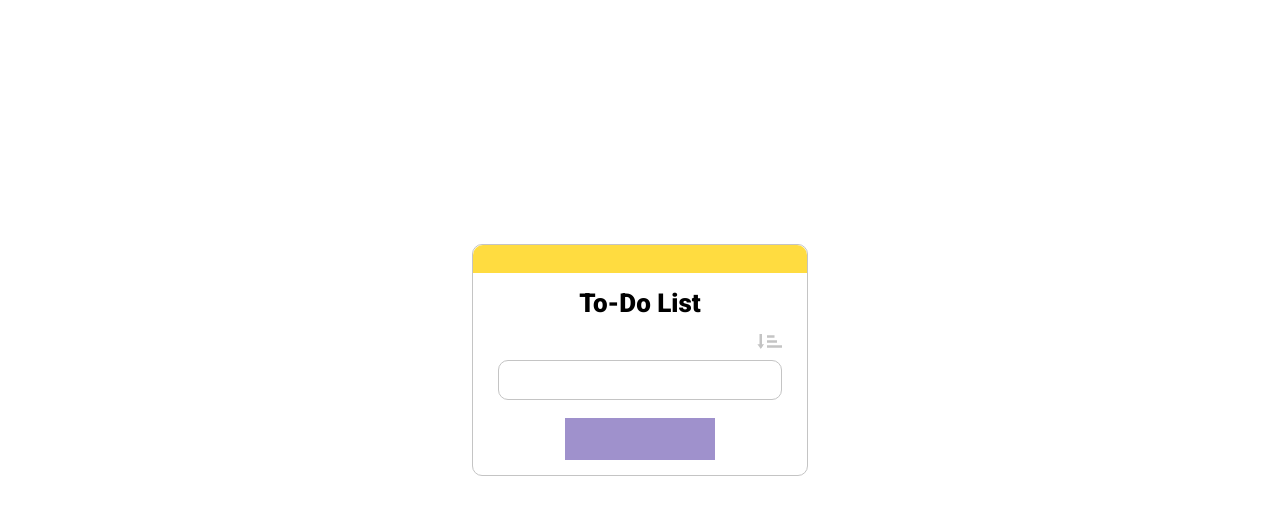
Repository: PoladEziz/Task-15
Page: index.html
These files come from the project's save history. The page is drawn as it stood at one moment and after the next save; the edit follows.
The browser window is 1280 px wide. The pictures show the whole page.
The style sheet was rebuilt from its Sass, Less or Tailwind sources for each picture, by a compiler version that may differ from the author's.

Above is the page before, as saved 2023-08-10 15:39:54.

### index.html
<!DOCTYPE html>
<html lang="en">
<head>
    <meta charset="UTF-8">
    <meta name="viewport" content="width=device-width, initial-scale=1.0">
    <title>Document</title>
    <link rel="stylesheet" href="./index.css">
</head>
<body>
    <div class="main">
        <div class="box">
            <div class="box-top"></div>
            <div class="box-bottom">
                <h1>To-Do List</h1>
                <form action="">
                    <img src="./img/Group 38 (1).png" alt="">
                    <input type="text">
                    <!-- <button><div>+</div><p>Добавить</p></button> -->
                    <button class="add-btn">

                    </button>
                </form>

            </div>
        </div>
    </div>

</body>
<script src="./index.js"></script>
</html>

### index.scss
@import url("https://fonts.googleapis.com/css2?family=Roboto:wght@400;900&display=swap");
* {
  margin: 0;
  padding: 0;
  box-sizing: border-box;
}
.main {
  width: 100%;
  height: 100vh;
  display: flex;
  align-items: center;
  justify-content: center;
  .box {
    width: 336px;
    /* min-height: 236px; */
    border-radius: 10px;
    border: 1px solid #c4c4c4;
    background: rgba(196, 196, 196, 0);
    .box-top {
      width: 100%;
      height: 28px;
      background-color: #ffdc40;
      border-top-left-radius: 10px;
      border-top-right-radius: 10px;
    }
    .box-bottom {
      width: 100%;
      padding: 15px 25px;

      h1 {
        margin-bottom: 16px;
        color: #000;
        text-align: center;
        font-family: Roboto;
        font-size: 26px;
        font-style: normal;
        font-weight: 900;
        line-height: normal;
        text-transform: capitalize;
      }
      form{
        display: flex;
        flex-direction: column;
        align-items: center;
        img {
          width: 25px;
          height: 15px;
          margin-left: auto;
          margin-bottom: 11px;
        }
        input {
          width: 100%;
          height: 40px;
          margin-bottom: 18px;
          border-radius: 10px;
          border: 1px solid #c4c4c4;
          background: rgba(196, 196, 196, 0);
          color: #000;
          font-family: Roboto;
          font-size: 14px;
          font-style: normal;
          font-weight: 400;
          line-height: normal;
        }
        button {
          width: 150px;
          height: 42px;
          background-color: #9f91cc;
          border: none;
          p {
            color: #fff;
            text-align: center;
            font-family: Roboto;
            font-size: 14px;
            font-style: normal;
            font-weight: 400;
            line-height: normal;
          }
          div {
            width: 42px;
            height: 42px;
            border-radius: 50%;
            background-color: #ffdbc3;
            display: flex;
            align-items: center;
            justify-content: center;
            color: #fff;
            text-align: center;
            font-family: Roboto;
            font-size: 14px;
            font-style: normal;
            font-weight: 400;
            line-height: normal;
          }
        }
      }

    }
  }
}

Loaded but not shown: index.js (no stored copy; drawn as an empty file)

After the next save:
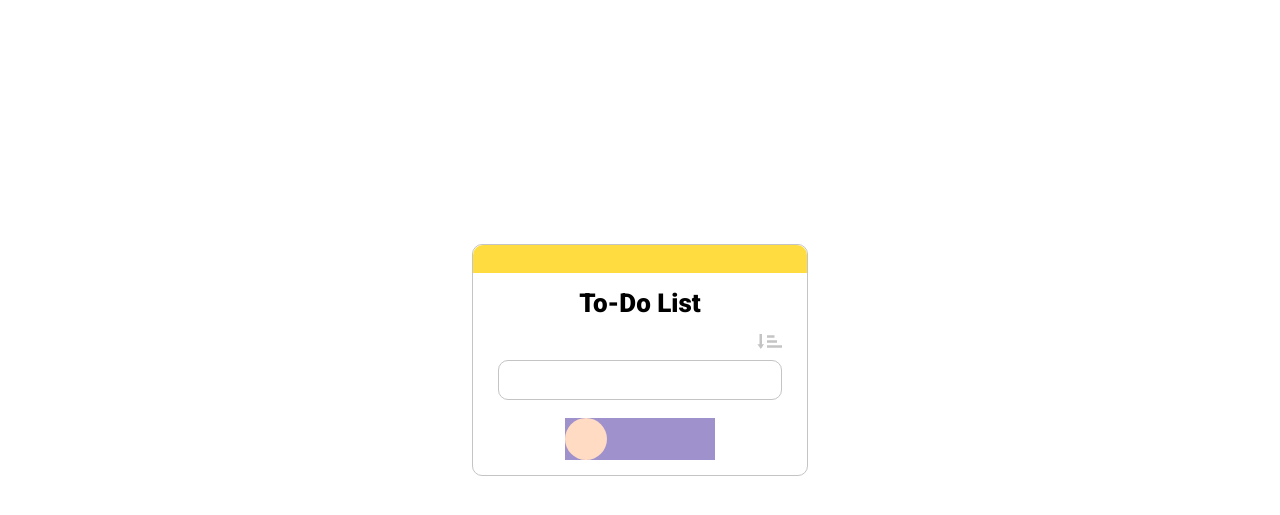
Saved 12 s later.
--- a/index.html
+++ b/index.html
@@ -17,7 +17,7 @@
                     <input type="text">
                     <!-- <button><div>+</div><p>Добавить</p></button> -->
                     <button class="add-btn">
-
+                        <div class="circle"></div>
                     </button>
                 </form>
 
